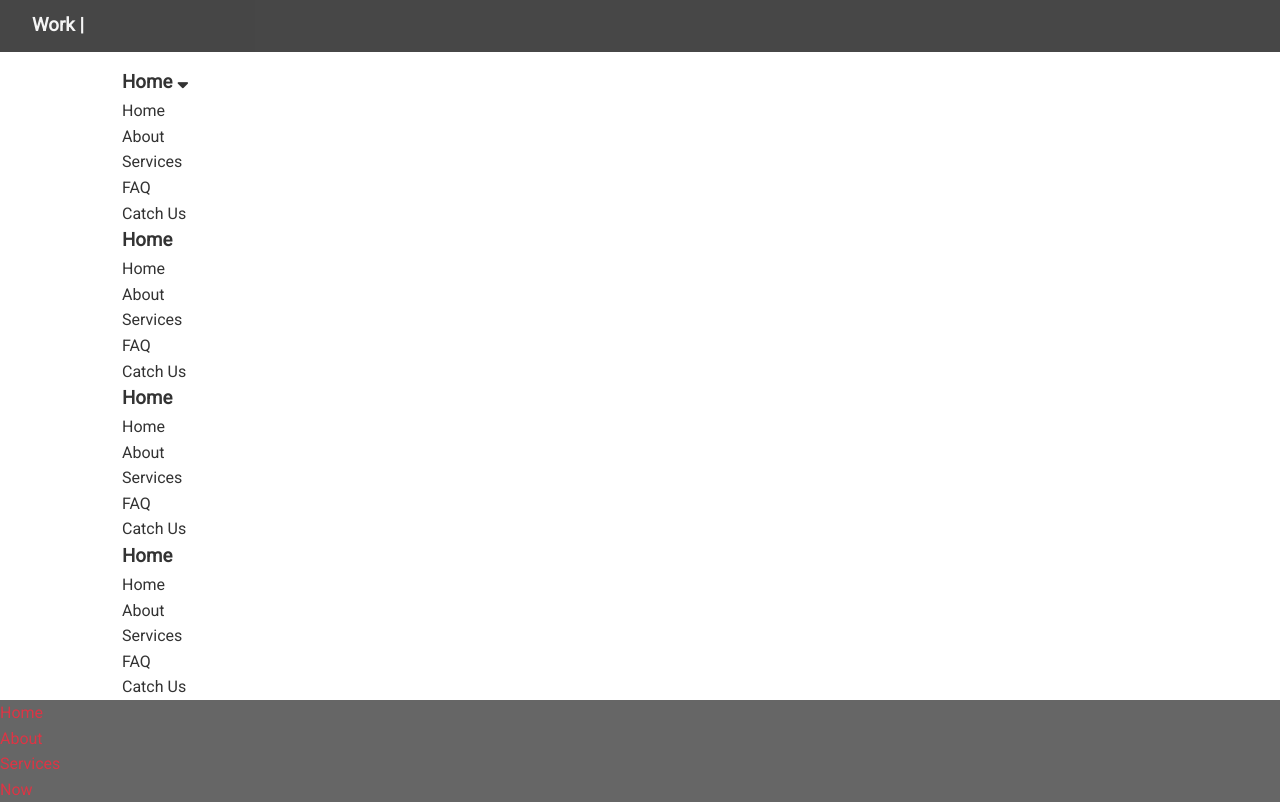
Repository: mxhdiqaim/lenviteck
Page: dist/index.html
The author's editor kept a copy of each file at every save. The page is drawn from the files as they stood at one save, then again after the next save.
The browser window is 1280 px wide. The pictures show the whole page.
Some web libraries are served in a nearby version. The style sheet was rebuilt from its Sass, Less or Tailwind sources for each picture, by a compiler version that may differ from the author's.

Above is the page before, as saved 2021-04-11 12:00:44.

### dist/index.html
<!DOCTYPE html>
<html lang="en">
<head>
    <meta charset="UTF-8">
    <meta http-equiv="X-UA-Compatible" content="IE=edge">
    <meta name="viewport" content="width=device-width, initial-scale=1.0">
    <link rel="stylesheet" href="./styles/main.css">
    <link rel="stylesheet" href="https://pro.fontawesome.com/releases/v5.10.0/css/all.css"
    integrity="sha384-AYmEC3Yw5cVb3ZcuHtOA93w35dYTsvhLPVnYs9eStHfGJvOvKxVfELGroGkvsg+p" crossorigin="anonymous" />
    <title>Shop Work</title>
</head>
<body>

  <section class="content">
    <nav class="navbar bg-dark">
        <div class="logo">
            <h1>Work <span>|</span></h1>
        </div>
    </nav>


    <section class="container">
       <div class="home">
            <h1>Home <i class="fas fa-sort-down"></i></h1>
            <ul>
                <li>Home</li>
                <li>About</li>
                <li>Services</li>
                <li>FAQ</li>
                <li>Catch Us</li>
            </ul>
       </div>
       <div class="works">
        <h1>Home</h1>
            <ul>
                <li>Home</li>
                <li>About</li>
                <li>Services</li>
                <li>FAQ</li>
                <li>Catch Us</li>
            </ul>
       </div>
       <div class="services">
            <h1>Home</h1>
            <ul>
                <li>Home</li>
                <li>About</li>
                <li>Services</li>
                <li>FAQ</li>
                <li>Catch Us</li>
            </ul>
       </div>
       <div class="services">
            <h1>Home</h1>
            <ul>
                <li>Home</li>
                <li>About</li>
                <li>Services</li>
                <li>FAQ</li>
                <li>Catch Us</li>
            </ul>
        </div>


    </section>
</section>
    <footer>
        <ul>
            <li><a href="#">Home</a></li>
            <li><a href="#">About</a></li>
            <li><a href="#">Services</a></li>
            <li><a href="#">Now</a></li>
        </ul>
    </footer>
</body>
</html>

### dist/styles/main.scss
// Import
@import url('https://fonts.googleapis.com/css?family=Roboto');

// Global variables
$primary-color: #dc3545;
$dark-color: #333333;
$light-color: #f4f4f4;
$danger-color: #dc3545;
$success-color: #28a745;

* {
  padding: 0;
  margin: 0;
  box-sizing: border-box;
}

body {
  font-family: 'Roboto', sans-serif;
  font-size: 1rem;
  line-height: 1.6;
  background-color: #fff;
  color: #333;
}

a {
  color: $primary-color;
  text-decoration: none;

  &:hover {
    color: #666;
  }
}

ul {
  list-style: none;
}

img {
  width: 100%;
}

.container {
  max-width: 1100px;
  margin: auto;
  overflow: hidden;
  padding: 0 2rem;
}

// cards

.card {
  padding: 1rem;
  border: #ccc 1px dotted;
  margin: 0.7rem 0;
}

.btn {
  display: inline-block;
  background: var(--light-color);
  color: #333;
  padding: 0.4rem 1.3rem;
  font-size: 1rem;
  border: none;
  cursor: pointer;
  margin-right: 0.5rem;
  transition: opacity 0.2s ease-in;
  outline: none;
}




.navbar {
  display: flex;
  justify-content: space-between;
  align-items: center;
  padding: 0.7rem 2rem;
  z-index: 1;
  width: 100%;
  background: $dark-color;
  opacity: 0.9;
  color: $light-color;
  margin-bottom: 1rem;
}

.navbar ul {
  display: flex;
}

.navbar a {
  color: #fff;
  padding: 0.45rem;
  margin: 0 0.25rem;
}

.navbar a:hover {
  color: $light-color;
}


// Footer
footer {
  background: lighten($dark-color, 20);
 display: flex;
}

After the next save:
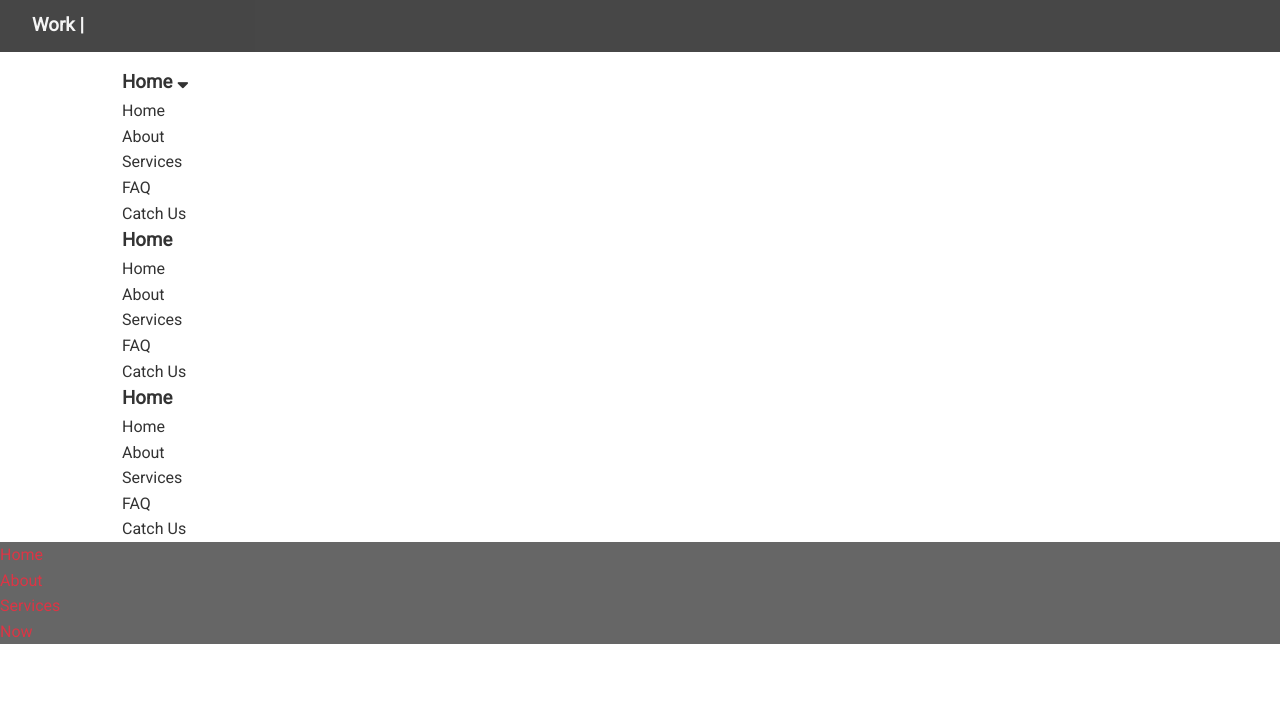
Saved 15 s later.
--- a/dist/index.html
+++ b/dist/index.html
@@ -50,17 +50,6 @@
                 <li>Catch Us</li>
             </ul>
        </div>
-       <div class="services">
-            <h1>Home</h1>
-            <ul>
-                <li>Home</li>
-                <li>About</li>
-                <li>Services</li>
-                <li>FAQ</li>
-                <li>Catch Us</li>
-            </ul>
-        </div>
-
 
     </section>
 </section>
